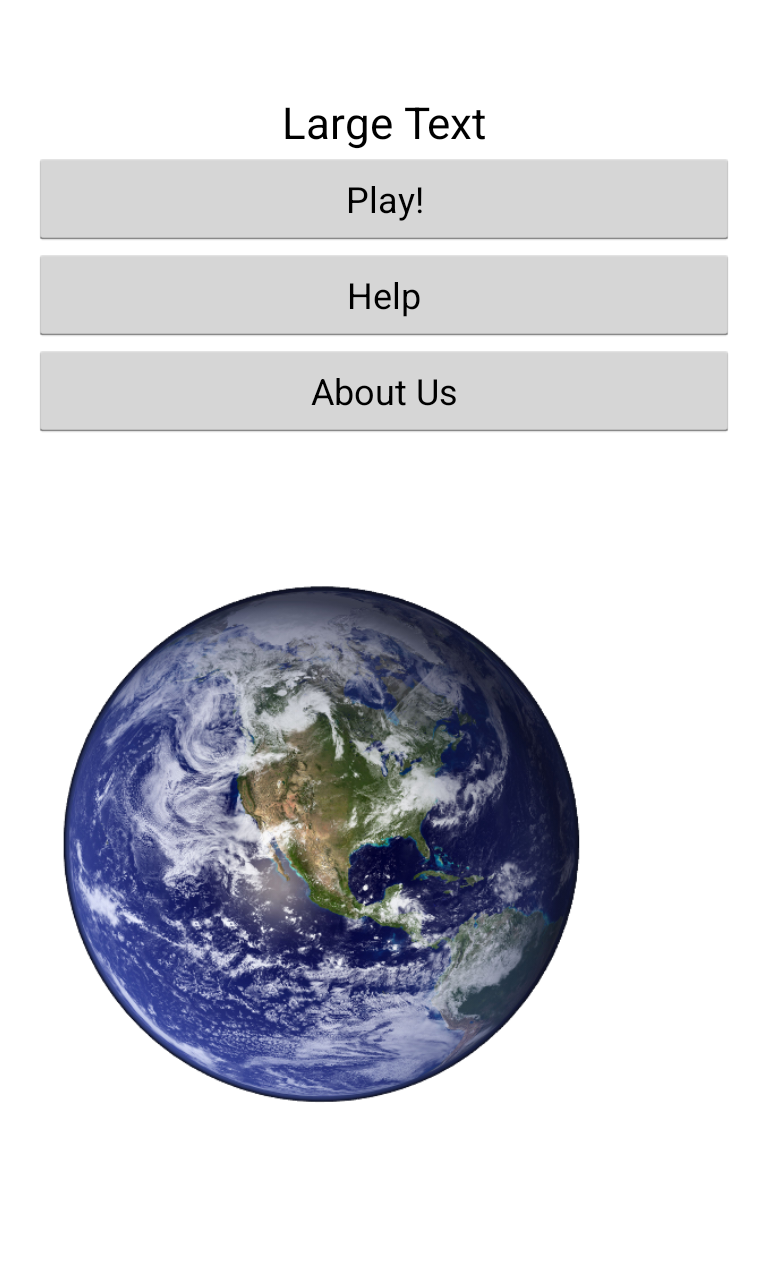
Repository: AGNT/Mobile_application_SU13
Layout: android/Locate/res/layout/activity_menu.xml
The author's editor kept a copy of each file at every save. The layout is drawn from the files as they stood at one save, then again after the next save.
It is drawn on a 768 x 1280 px phone screen (xhdpi) without system bars, with theme AppTheme; the app's code is not run.

Above is the layout before, as saved 2013-08-05 16:18:01.

### android/Locate/res/layout/activity_menu.xml
<LinearLayout xmlns:android="http://schemas.android.com/apk/res/android"
    xmlns:tools="http://schemas.android.com/tools"
    android:layout_width="match_parent"
    android:layout_height="match_parent"
    android:orientation="vertical"
    android:paddingBottom="@dimen/activity_vertical_margin"
    android:paddingLeft="@dimen/activity_horizontal_margin"
    android:paddingRight="@dimen/activity_horizontal_margin"
    android:paddingTop="@dimen/activity_vertical_margin"
    tools:context=".Menu" >

    <Space
        android:layout_width="match_parent"
        android:layout_height="30dp" />

    <TextView
        android:id="@+id/textView1"
        android:layout_width="match_parent"
        android:layout_height="wrap_content"
        android:text="Large Text"
        android:gravity="center"
        android:textAppearance="?android:attr/textAppearanceLarge" />

    <Button
        android:id="@+id/button1"
        android:layout_width="match_parent"
        android:layout_height="wrap_content"
        android:text="Play!" />

    <Button
        android:id="@+id/button2"
        android:layout_width="match_parent"
        android:layout_height="wrap_content"
        android:text="Help" />

    <Button
        android:id="@+id/button3"
        android:layout_width="match_parent"
        android:layout_height="wrap_content"
        android:text="About Us" />

    <ImageView
        android:id="@+id/imageView1"
        android:layout_width="290dp"
        android:layout_height="196dp"
        android:layout_weight="0.52"
        android:src="@drawable/ic_launcher" />

</LinearLayout>

Loaded but not shown: android/Locate/res/values/styles.xml (common file); android/Locate/res/values-v11/styles.xml (common file); android/Locate/res/values-v14/styles.xml (common file); android/Locate/res/values/dimens.xml (common file)

After the next save:
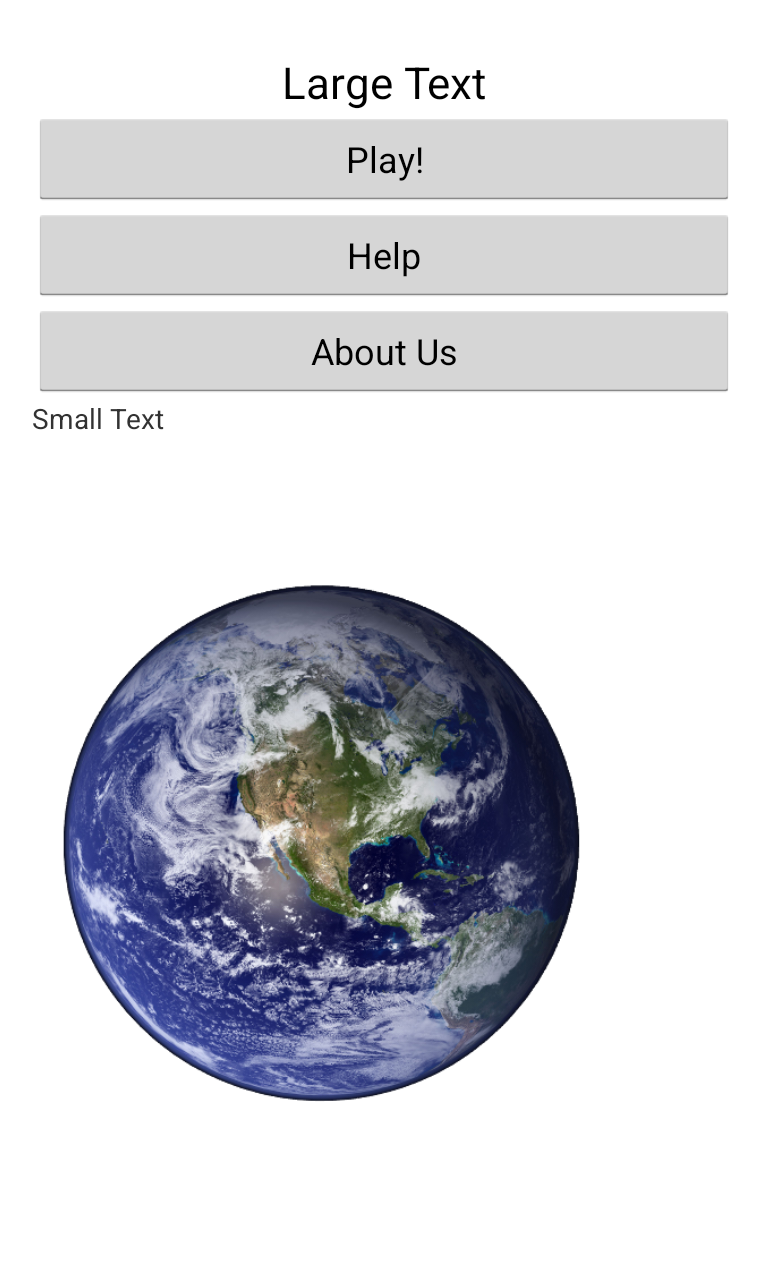
Saved 28 s later.
--- a/android/Locate/res/layout/activity_menu.xml
+++ b/android/Locate/res/layout/activity_menu.xml
@@ -11,7 +11,7 @@
 
     <Space
         android:layout_width="match_parent"
-        android:layout_height="30dp" />
+        android:layout_height="10dp" />
 
     <TextView
         android:id="@+id/textView1"
@@ -39,6 +39,13 @@
         android:layout_height="wrap_content"
         android:text="About Us" />
 
+    <TextView
+        android:id="@+id/textView2"
+        android:layout_width="match_parent"
+        android:layout_height="wrap_content"
+        android:text="Small Text"
+        android:textAppearance="?android:attr/textAppearanceSmall" />
+
     <ImageView
         android:id="@+id/imageView1"
         android:layout_width="290dp"
